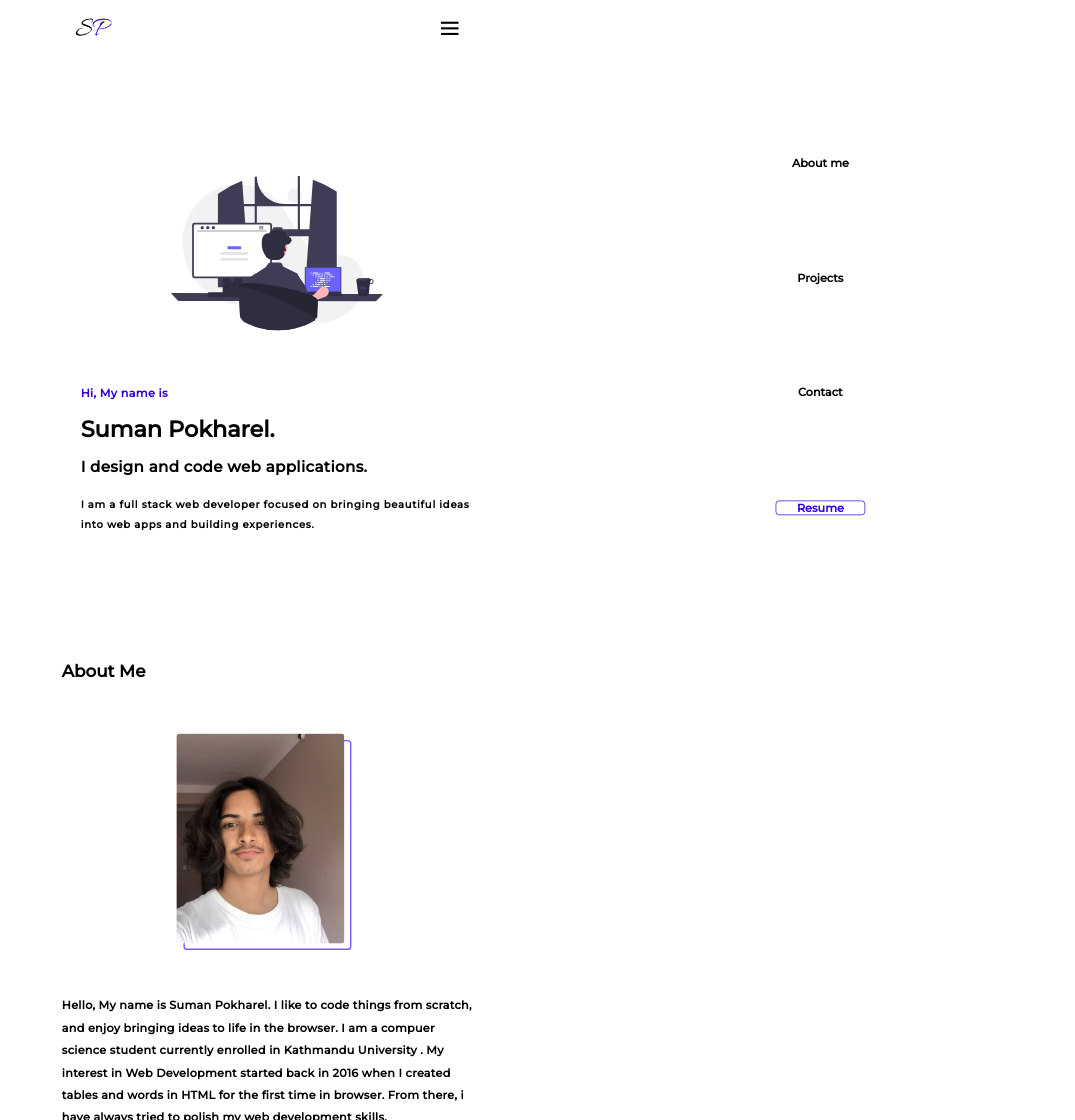
Repository: iamsumanp/portfolio
Page: /
These files come from the project's save history. The page is drawn as it stood at one moment and after the next save; the edit follows.
The browser window is 768 px wide. The page is 1536 px wide, so the pictures cover 1536 px, including what lies to the right of the window. The pictures show the part of the page from y = 0 to 1600 px (the page is 5953 px tall), at 70% of full size.
The project was rebuilt for these pictures with package versions that can differ from the ones it lists, and the page was loaded fresh each time.

Above is the page before, as saved 2022-07-11 15:33:06.

### public/index.html
<!DOCTYPE html>
<html lang="en">
  <head>
    <meta charset="utf-8" />
    <link rel="icon" href="%PUBLIC_URL%/favicon.ico" />
    <meta name="viewport" content="width=device-width, minimum-scale=1" />
    <meta name="theme-color" content="#000000" />
    <meta name="portfolio" content="mePortfolio" />
    <!-- <link rel="apple-touch-ion" href="%PUBLIC_URL%/logo192.png" /> -->

    <link rel="manifest" href="%PUBLIC_URL%/manifest.json" />
    <link rel="preconnect" href="https://fonts.googleapis.com" />
    <link rel="preconnect" href="https://fonts.gstatic.com" crossorigin />
    <link
      href="https://fonts.googleapis.com/css2?family=Montserrat:wght@500&display=swap"
      rel="stylesheet"
    />
    <title>Suman Pokharel</title>
  </head>
  <body>
    <div id="root"></div>
  </body>
</html>

### src/App.tsx
import "./App.css";
import { BrowserRouter as Router } from "react-router-dom";
import { NavBar } from "./Components/NavBar";
import "./styles/styles.css";
import { Hero } from "./Components/Hero";
import { AboutMe } from "./Components/AboutMe";
import { Projects } from "./Components/Projects";
import { Contact } from "./Components/Contact";
import { Footer } from "./Components/Footer";

function App() {
  return (
    <Router>
      <NavBar />
      <Hero />
      <AboutMe />
      <Projects />
      <Contact />
      <hr />
      <Footer />
    </Router>
  );
}

export default App;

### src/Components/NavBar.tsx
import { gsap } from "gsap";
import React, { useEffect, useRef, useState } from "react";
import { HashLink } from "react-router-hash-link";
const myLogo = require("../assets/logo.png");

export const NavBar = () => {
  const [active, setActive] = useState(false);

  const navRef = useRef<HTMLDivElement>(null);

  const q = gsap.utils.selector(navRef);

  const tl0: gsap.TimelineVars | undefined = useRef(null); // gsap.TimelineVars | undefined
  // const tl10: gsap.TimelineVars | undefined = useRef(null); // gsap.TimelineVars | undefined

  // const imgRef = useRef(null);

  const burgerClick = () => {
    setActive(!active);
  };

  useEffect(() => {
    // if (active === false) {
    //   tl10.current = gsap.timeline({ defaults: { duration: 1 } }).fromTo(
    //     q(".navUl"),
    //     {
    //       y: 5,
    //       opacity: 0,
    //     },
    //     {
    //       y: 0,
    //       opacity: 1,
    //       stagger: {
    //         each: 1,
    //       },
    //     }
    //   );
    // }

    tl0.current = gsap.timeline({ defaults: { duration: 1 } }).fromTo(
      q(".logoImg"),
      {
        opacity: 0,
      },
      {
        opacity: 1,
      }
    );
  });

  return (
    <nav className="navBar" ref={navRef}>
      <HashLink to="#heroSection" className="linkHash" smooth>
        <img
          src={myLogo}
          alt="SP"
          className="logoImg"
          onClick={active ? burgerClick : undefined}
          // ref={imgRef}
        />
      </HashLink>

      <ul className={active ? "navUl nav-active" : "navUl"}>
        <li className="navLinks" onClick={active ? burgerClick : undefined}>
          <HashLink to="#aboutMe" className="linkHash" smooth>
            About me
          </HashLink>
        </li>
        <li className="navLinks" onClick={active ? burgerClick : undefined}>
          <HashLink to="#projectSection" className="linkHash" smooth>
            Projects
          </HashLink>
        </li>
        <li className="navLinks" onClick={active ? burgerClick : undefined}>
          <HashLink to="#contact" className="linkHash" smooth>
            Contact
          </HashLink>
        </li>
        <li className="navLinks resume">Resume</li>
      </ul>
      <div className="burgerMenu" onClick={() => burgerClick()}>
        <div className={active ? "line1 toggle" : "line1"}></div>
        <div className={active ? "line2 toggle2" : "line2"}></div>
        <div className={active ? "line3 toggle3" : "line3"}></div>
      </div>
    </nav>
  );
};

### src/styles/styles.css
:root {
  --main-purple: #3500d3;
}

* {
  box-sizing: border-box;
  font-family: "Montserrat", sans-serif;
}

body {
  margin: 0;
  padding: 0;
}
@media (max-width: 900px) {
  body {
    overflow-x: hidden;
  }
}

.navBar {
  display: flex;
  flex-direction: row;
  justify-content: space-between;
  align-items: center;
  min-height: 5rem;
  font-weight: bolder;
  padding: 0.2% 14%;
}
@media (max-width: 1100px) {
  .navBar {
    margin-bottom: 5rem;
    overflow-x: hidden;
  }
}
.navBar .logoImg {
  height: 25px;
}
.navBar .navUl {
  list-style: none;
  display: flex;
  flex-direction: row;
}
@media (max-width: 900px) {
  .navBar .navUl {
    position: absolute;
    right: 0;
    top: 8vh;
    height: 100vh;
    background-color: rgb(255, 255, 255);
    flex-direction: column;
    width: 100%;
    z-index: 1;
    justify-content: space-evenly;
    transform: translateX(100%);
    transition: transform 0.4s ease-in;
  }
}
.navBar .nav-active {
  transform: translateX(0%);
}
.navBar .burgerMenu {
  display: none;
}
@media (max-width: 900px) {
  .navBar .burgerMenu {
    display: block;
    cursor: pointer;
  }
}
.navBar .burgerMenu .toggle {
  transform: rotate(-45deg) translate(-5px, 6px);
}
.navBar .burgerMenu .toggle2 {
  opacity: 0;
}
.navBar .burgerMenu .toggle3 {
  transform: rotate(45deg) translate(-5px, -6px);
}
.navBar .burgerMenu div {
  width: 25px;
  height: 3px;
  background-color: black;
  transition: transform 0.4s ease;
  margin: 5px;
}
.navBar .navLinks {
  padding: 0 30px;
  cursor: pointer;
  align-self: center;
  text-decoration: none;
}
.navBar .navLinks.resume {
  border: solid 1px var(--main-purple);
  color: var(--main-purple);
  padding: 9px 20px 9px 30;
  border-radius: 5px;
}
.navBar .navLinks .linkHash {
  text-decoration: none;
  color: black;
}

.heroSection {
  overflow-x: hidden;
  height: 90vh;
  width: 80%;
  display: flex;
  flex-direction: row;
  align-items: center;
  margin: auto;
  padding: 0 2% 0 5%;
}
@media (max-width: 1100px) {
  .heroSection {
    flex-direction: column-reverse;
    justify-content: center;
    align-items: center;
  }
}
.heroSection .content {
  display: flex;
  flex-direction: column;
}
@media (max-width: 1100px) {
  .heroSection .content {
    margin-top: 5rem;
  }
}
.heroSection .content .h4text {
  color: var(--main-purple);
}
.heroSection .content .h1text {
  margin-top: 0;
  font-size: 2.5rem;
}
@media (max-width: 800px) {
  .heroSection .content .h1text {
    font-size: 2rem;
  }
}
.heroSection .content .h4text,
.heroSection .content .h2text {
  letter-spacing: 0.5px;
  margin-top: 0;
}
.heroSection .content .h2text {
  font-size: 1.8rem;
}
@media (max-width: 800px) {
  .heroSection .content .h2text {
    font-size: 1.35rem;
  }
}
.heroSection .content .h5text {
  width: 55%;
  line-height: 2;
  letter-spacing: 1px;
  margin-top: 10px;
  font-size: 0.9rem;
}
@media (max-width: 800px) {
  .heroSection .content .h5text {
    width: 100%;
  }
}
.heroSection .svgImgg {
  margin-left: auto;
  width: 22rem;
}
@media (max-width: 1100px) {
  .heroSection .svgImgg {
    margin-left: 0;
  }
}
@media (max-width: 800px) {
  .heroSection .svgImgg {
    width: 19rem;
  }
}

.aboutMeSection {
  width: 80%;
  margin: auto;
  display: flex;
  flex-direction: column;
  justify-content: center;
  padding: 7% 2% 10% 5%;
}
@media (max-width: 1100px) {
  .aboutMeSection {
    padding: 7rem 2% 10% 1.5%;
  }
}
.aboutMeSection .contentAndImage {
  display: flex;
  flex-direction: row;
}
@media (max-width: 1100px) {
  .aboutMeSection .contentAndImage {
    flex-direction: column-reverse;
    margin-top: 2rem;
  }
}
.aboutMeSection .h2textabout {
  margin-top: -3rem;
}
.aboutMeSection .aboutMeContent {
  display: flex;
  flex-direction: column;
  width: 60%;
}
@media (max-width: 1100px) {
  .aboutMeSection .aboutMeContent {
    width: 100%;
  }
}
.aboutMeSection .imgContainer {
  margin-left: auto;
  margin-top: 2rem;
  position: relative;
  height: 350px;
  width: 280px;
  border: solid 2px #7f58f7;
  border-radius: 5px;
}
@media (max-width: 1100px) {
  .aboutMeSection .imgContainer {
    margin-left: 0;
    align-self: center;
    margin-bottom: 2rem;
  }
}
@media (max-width: 800px) {
  .aboutMeSection .imgContainer {
    height: 300px;
    width: 240px;
  }
}
.aboutMeSection .imgContainer .imgProfile {
  height: 350px;
  position: absolute;
  right: 8px;
  top: -11px;
  border-radius: 5px;
}
@media (max-width: 800px) {
  .aboutMeSection .imgContainer .imgProfile {
    height: 300px;
  }
}
.aboutMeSection .spanText {
  font-weight: bold;
  margin-top: 2rem;
  line-height: 2;
  letter-spacing: 0.4px;
}
.aboutMeSection .spanText.tech {
  margin-top: 5rem;
}
.aboutMeSection .backEndFrontEndContainer {
  display: flex;
  flex-direction: row;
  margin-top: 4rem;
  justify-content: space-between;
}
@media (max-width: 1100px) {
  .aboutMeSection .backEndFrontEndContainer {
    flex-direction: column;
  }
}
.aboutMeSection .backEndFrontEndContainer .frontEndBox {
  box-shadow: 0 4px 8px 0 rgba(0, 0, 0, 0.2), 0 6px 20px 0 rgba(0, 0, 0, 0.19);
  padding: 2rem 2.5rem;
  display: flex;
  flex-direction: column;
  border-radius: 5px;
}
@media (max-width: 1100px) {
  .aboutMeSection .backEndFrontEndContainer .frontEndBox {
    padding: 1rem;
    margin-bottom: 3rem;
  }
}
.aboutMeSection .backEndFrontEndContainer .frontEndBox .spanTitle {
  align-self: center;
  text-transform: uppercase;
  font-weight: bold;
}

.frontEndTools,
.backEndBox {
  display: flex;
  flex-direction: row;
  margin-top: 1rem;
}
.frontEndTools .fnTools2,
.backEndBox .fnTools2 {
  margin-left: 3rem;
}
@media (max-width: 900px) {
  .frontEndTools .fnTools2,
.backEndBox .fnTools2 {
    margin-left: 0.1rem;
  }
}
.frontEndTools .fnTool,
.backEndBox .fnTool {
  display: flex;
  align-items: center;
  margin: 1.5rem 0.5rem;
}
.frontEndTools .fnTool .triangleRight,
.backEndBox .fnTool .triangleRight {
  color: var(--main-purple);
}

.techName {
  margin-left: 0.8rem;
  text-transform: uppercase;
  font-size: 15px;
}
@media (max-width: 900px) {
  .techName {
    font-size: 11px;
    margin-left: 0.2rem;
  }
}

.projectsSection {
  width: 80%;
  margin: auto;
  padding: 5% 2% 0 5%;
  display: flex;
  flex-direction: column;
}
@media (max-width: 1100px) {
  .projectsSection {
    padding: 7rem 2% 10% 1.5%;
  }
}
.projectsSection .Project1Container,
.projectsSection .Project3Container {
  display: flex;
  flex-direction: column;
}
.projectsSection .nameLabelLine {
  margin: 2rem 0;
  display: flex;
  flex-direction: row;
  align-items: center;
}
.projectsSection .nameLabelLine .vl {
  border-bottom: 1px solid gray;
  margin-top: 5px;
  height: inherit;
  width: 35%;
}
@media (max-width: 1100px) {
  .projectsSection .nameLabelLine .vl {
    width: 50%;
  }
}
.projectsSection .h2textabout {
  margin-top: -3rem;
}
.projectsSection .projectContentAndImage {
  display: flex;
  flex-direction: row;
  justify-content: space-between;
}
@media (max-width: 1100px) {
  .projectsSection .projectContentAndImage {
    flex-direction: column-reverse;
  }
}
.projectsSection .projectContentAndImage .hirestationImg {
  height: 15rem;
  border-radius: 5px;
  margin-left: auto;
}
@media (max-width: 1100px) {
  .projectsSection .projectContentAndImage .hirestationImg {
    margin-left: 0;
    align-self: center;
    margin: 2rem 0 4rem 0;
  }
}
@media (max-width: 800px) {
  .projectsSection .projectContentAndImage .hirestationImg {
    height: 10rem;
  }
}
.projectsSection .linksContainer {
  display: flex;
  align-items: center;
  margin: 2rem 0;
}

.projContent {
  width: 50%;
  line-height: 1.5;
  letter-spacing: 0.5px;
}
@media (max-width: 1100px) {
  .projContent {
    width: 100%;
  }
}

.projectLabel {
  font-weight: bold;
  margin-right: 1rem;
}

.Project2Container {
  display: flex;
  flex-direction: column;
  margin-top: 5rem;
  margin-bottom: 7.5rem;
}
.Project2Container .nameLabelLine2 {
  margin: 2rem 0;
  display: flex;
  flex-direction: row;
  justify-content: end;
}
.Project2Container .nameLabelLine2 .vl {
  border-bottom: 1px solid gray;
  margin-bottom: 5px;
  width: 35%;
  margin-right: 1rem;
}
@media (max-width: 1100px) {
  .Project2Container .nameLabelLine2 .vl {
    width: 50%;
  }
}
@media (max-width: 800px) {
  .Project2Container .nameLabelLine2 .vl {
    width: 40%;
  }
}

.projectContentAndImage1 {
  display: flex;
  flex-direction: row;
  justify-content: space-between;
}
@media (max-width: 1100px) {
  .projectContentAndImage1 {
    flex-direction: column;
  }
}
.projectContentAndImage1 .baathcheethImg {
  height: 15rem;
  border-radius: 5px;
  margin-right: auto;
  padding-right: 2rem;
}
@media (max-width: 1100px) {
  .projectContentAndImage1 .baathcheethImg {
    margin-right: 0;
    align-self: center;
    margin: 2rem 0 4rem 0;
  }
}
@media (max-width: 800px) {
  .projectContentAndImage1 .baathcheethImg {
    height: 10rem;
  }
}

.ContactSection {
  width: 80%;
  margin: auto;
  padding: 5% 2% 10% 5%;
  display: flex;
  flex-direction: column;
}
@media (max-width: 1100px) {
  .ContactSection {
    padding: 5rem 2% 10% 1.5%;
  }
}
.ContactSection .formContainer {
  margin-top: 2rem;
}
.ContactSection .nameAndEmailSection {
  display: flex;
  flex-direction: row;
  justify-content: space-between;
}
@media (max-width: 900px) {
  .ContactSection .nameAndEmailSection {
    flex-direction: column;
    width: 100%;
  }
}
.ContactSection .nameAndEmailSection .nameContainer {
  display: flex;
  flex-direction: column;
  width: 90%;
}
@media (max-width: 900px) {
  .ContactSection .nameAndEmailSection .nameContainer {
    width: 100%;
  }
}
.ContactSection .nameAndEmailSection .emailContainer {
  display: flex;
  flex-direction: column;
  width: 90%;
  margin-left: 5rem;
}
@media (max-width: 900px) {
  .ContactSection .nameAndEmailSection .emailContainer {
    margin-left: 0;
    margin-top: 3rem;
    width: 100%;
  }
}
.ContactSection .nameAndEmailSection .inputForm {
  box-shadow: 0 4px 8px 0 rgba(0, 0, 0, 0.2), 0 6px 20px 0 rgba(0, 0, 0, 0.19);
  padding: 0.6rem 0.4rem;
  width: 100%;
  border-width: 1px;
  outline: none;
}
.ContactSection .label {
  margin-bottom: 2rem;
  font-weight: bold;
}
.ContactSection .MessageContainer {
  display: flex;
  flex-direction: column;
  margin-top: 4rem;
}
.ContactSection .MessageContainer #messageArea {
  width: 46.5%;
  box-shadow: 0 4px 8px 0 rgba(0, 0, 0, 0.2), 0 6px 20px 0 rgba(0, 0, 0, 0.19);
  height: 7rem;
  resize: none;
  outline: none;
  padding: 0.5rem 0.4rem;
}
@media (max-width: 900px) {
  .ContactSection .MessageContainer #messageArea {
    width: 100%;
  }
}
.ContactSection .submitBtn {
  background-color: #7a4eff;
  border: none;
  color: aliceblue;
  padding: 0.8rem;
  margin-top: 4rem;
  width: 10rem;
  border-radius: 3px;
  cursor: pointer;
}
@media (max-width: 900px) {
  .ContactSection .submitBtn {
    width: 100%;
  }
}

.footerSection {
  width: 80%;
  margin: auto;
  padding: 3% 2% 4% 1.5%;
}
.footerSection .footerContainer {
  display: flex;
  flex-direction: column;
}
@media (max-width: 900px) {
  .footerSection .footerContainer {
    align-items: center;
  }
}
.footerSection .socialMediaAndQuote {
  display: flex;
  justify-content: space-between;
  align-items: center;
  margin-bottom: 1rem;
}
@media (max-width: 900px) {
  .footerSection .socialMediaAndQuote {
    flex-direction: column;
  }
}
.footerSection .socialMediaAndQuote .icons {
  margin-left: 1rem;
}
@media (max-width: 900px) {
  .footerSection .socialMediaAndQuote .socialMedia {
    margin: 2rem 0;
  }
}

@media (max-width: 800px) {
  .spSpan {
    text-align: center;
  }
}/*# sourceMappingURL=styles_20220711153306.css.map */

### src/Components/Hero.tsx
import gsap from "gsap";
import { useEffect, useRef } from "react";
import SvgImg from "./IconComponent/SvgImg";

export const Hero = () => {
  const heroRef = useRef<HTMLDivElement>(null);
  const tl1: gsap.TimelineVars | undefined = useRef();
  const q = gsap.utils.selector(heroRef);
  useEffect(() => {
    tl1.current = gsap
      .timeline({
        defaults: {
          duration: 1,
        },
      })
      .fromTo(
        q(".content"),
        {
          y: 20,
          opacity: 0,
          // stagger: 0.4,
        },
        {
          y: 0,
          opacity: 1,
        }
      )
      .fromTo(
        q(".svgImgg"),
        { x: 20, opacity: 0 },
        { x: 0, opacity: 1 },
        "-=1"
      );
  });
  return (
    <div className="heroSection" id="heroSection" ref={heroRef}>
      <div className="content">
        <h4 className="h4text">Hi, My name is</h4>
        <h1 className="h1text">Suman Pokharel.</h1>
        <h2 className="h2text">I design and code web applications.</h2>
        <h5 className="h5text">
          I am a full stack web developer focused on bringing beautiful ideas
          into web apps and building experiences.
        </h5>
      </div>
      {/* <div className="svgImgg"> */}
      <SvgImg height={221} className="svgImgg" />
      {/* </div> */}
    </div>
  );
};

### src/Components/Contact.tsx
import gsap from "gsap";
import { ScrollTrigger } from "gsap/ScrollTrigger";
import { useEffect, useRef, useState } from "react";
gsap.registerPlugin(ScrollTrigger);

export const Contact = () => {
  const contactRef = useRef<HTMLDivElement>(null);
  const tline: gsap.TimelineVars | undefined = useRef();

  const q = gsap.utils.selector(contactRef);
  const [name, setName] = useState("");
  const [email, setEmail] = useState("");
  const [message, setMessage] = useState("");

  const submitHandler: React.FormEventHandler<HTMLFormElement> = (
    e: React.FormEvent<HTMLFormElement>
  ) => {
    e.preventDefault();

    setName("");
    setEmail("");
    setMessage("");
  };

  useEffect(() => {
    tline.current = gsap
      .timeline({
        defaults: { duration: 1 },
        scrollTrigger: {
          trigger: ".ContactSection",
          start: "-40 center",
          // toggleActions: "play none none reverse",
        },
      })
      .fromTo(
        q(".h2textabout"),
        { y: 10, opacity: 0 },
        {
          y: 0,
          opacity: 1,
          // duration: 2,
        }
      )
      .fromTo(
        q(".formContainer"),
        { y: 20, opacity: 0 },
        {
          y: 0,
          opacity: 1,
          // duration: 2,
        },
        "-=1"
      );
  });
  return (
    <div className="ContactSection" id="contact" ref={contactRef}>
      <h2 className="h2textabout">Interested In working together?</h2>
      <form className="formContainer" onSubmit={submitHandler}>
        <div className="nameAndEmailSection">
          <div className="nameContainer">
            <label htmlFor="Name" className="label">
              Name :
            </label>
            <input
              type="text"
              value={name}
              className="inputForm"
              onChange={(e) => setName(e.target.value)}
            />
          </div>
          <div className="emailContainer">
            <label htmlFor="Email" className="label">
              Email :
            </label>
            <input
              type="email"
              value={email}
              className="inputForm"
              onChange={(e) => setEmail(e.target.value)}
            />
          </div>
        </div>
        <div className="MessageContainer">
          <label htmlFor="Message" className="label">
            Message(optional) :
          </label>
          <textarea
            name="message"
            id="messageArea"
            // cols=30
            // rows=10
            value={message}
            onChange={(e) => setMessage(e.target.value)}
          ></textarea>
        </div>
        <button className="submitBtn" type="submit">
          SUBMIT
        </button>
      </form>
    </div>
  );
};

### src/Components/Footer.tsx
import React from "react";
import { AiFillGithub, AiFillTwitterCircle } from "react-icons/ai";
import { BsLinkedin, BsFacebook } from "react-icons/bs";

export const Footer = () => {
  return (
    <div className="footerSection">
      <div className="footerContainer">
        <div className="socialMediaAndQuote">
          <span>Designed And Built By Suman Pokhrel</span>
          <div className="socialMedia">
            <a
              href="https://www.linkedin.com/in/suman-pokharel-2a4b61206/"
              target="_blank"
              rel="noreferrer"
            >
              <BsLinkedin size={30} className="icons" fill="#2867B2" />
            </a>

            <a
              href="https://www.facebook.com/summan.pokharel/"
              target="_blank"
              rel="noreferrer"
            >
              <BsFacebook size={30} className="icons" fill="	#4267B2" />
            </a>
            <a
              href="https://github.com/iamsumanp"
              target="_blank"
              rel="noreferrer"
              style={{ color: "black" }}
            >
              <AiFillGithub size={34} className="icons" />
            </a>
            <a
              href="https://twitter.com/Itsmesuman2"
              target="_blank"
              rel="noreferrer"
            >
              <AiFillTwitterCircle size={35} className="icons" fill="#00acee" />
            </a>
          </div>
        </div>
        <span className="spSpan">&copy; 2022 - Suman</span>
      </div>
    </div>
  );
};

Loaded but not shown: src/index.tsx (common file); src/Components/IconComponent/SvgImg.tsx (791 lines, source omitted); src/Components/Projects.tsx (280 lines, source omitted); src/Components/AboutMe.tsx (185 lines, source omitted); src/App.css (no stored copy; drawn as an empty file)

After the next save:
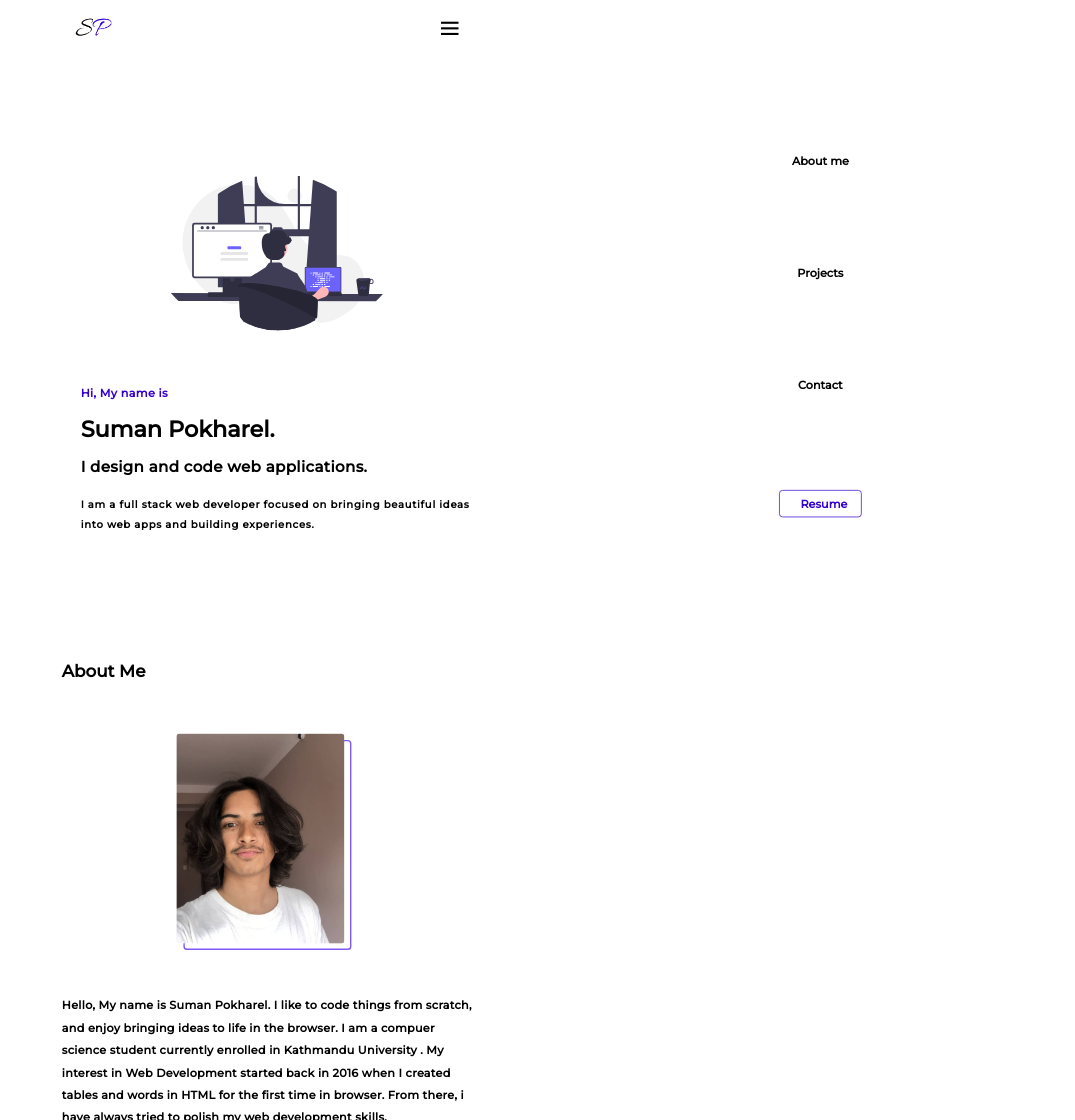
Saved 2 s later.
--- a/src/styles/styles.css
+++ b/src/styles/styles.css
@@ -92,7 +92,7 @@ body {
 .navBar .navLinks.resume {
   border: solid 1px var(--main-purple);
   color: var(--main-purple);
-  padding: 9px 20px 9px 30;
+  padding: 9px 20px 9px 30px;
   border-radius: 5px;
 }
 .navBar .navLinks .linkHash {
@@ -602,4 +602,4 @@ body {
   .spSpan {
     text-align: center;
   }
-}/*# sourceMappingURL=styles_20220711153306.css.map */
+}/*# sourceMappingURL=styles_20220711153308.css.map */
